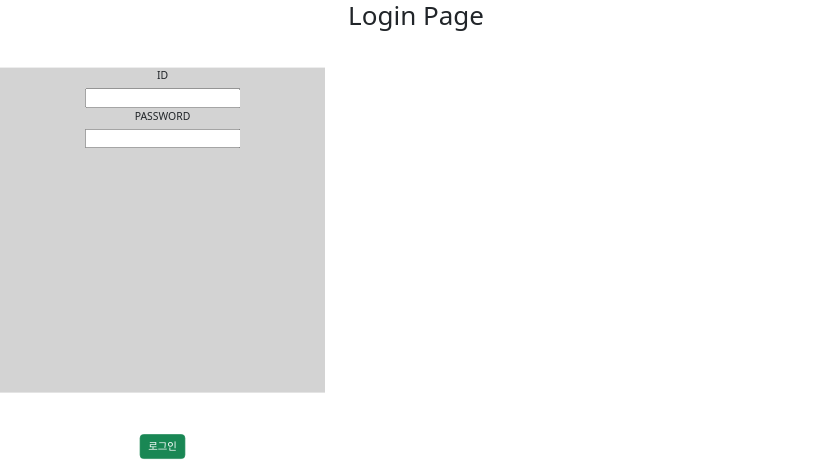
Repository: doridori890130/JSP
Page: http://localhost/jsp_project/mem/login
The author's editor kept a copy of each file at every save. The page is drawn from the files as they stood at one save, then again after the next save.
The browser window is 1280 px wide. The pictures show the whole page, at 65% of full size.
The page is served by Tomcat 9.

Above is the page before, as saved 2023-06-01 03:58:04.

After the next save:
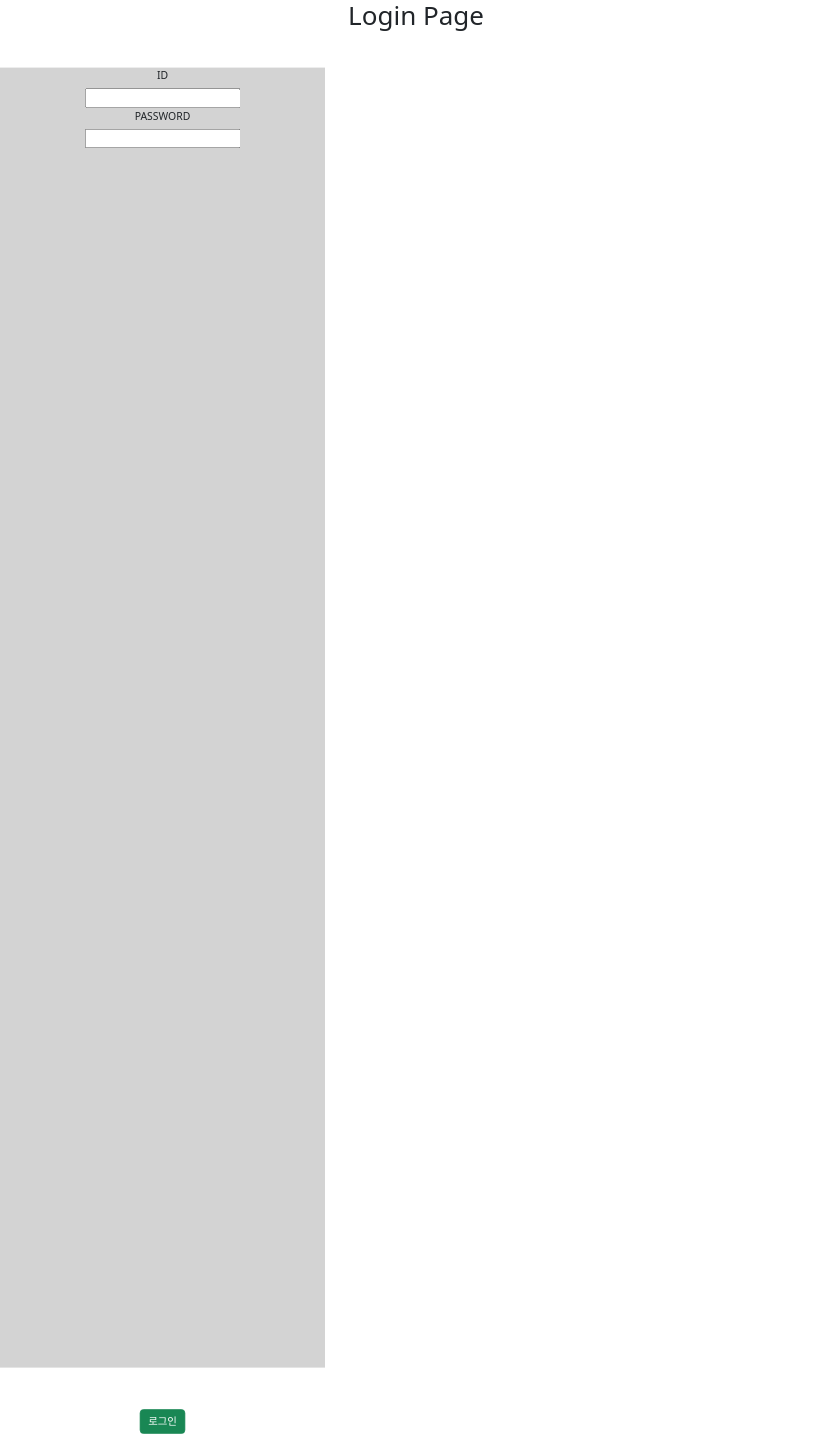
Saved 10 s later.
--- a/jsp_project4/jsp_project/src/main/webapp/member/login.jsp
+++ b/jsp_project4/jsp_project/src/main/webapp/member/login.jsp
@@ -15,7 +15,7 @@
  	text-align: center;
  	background-color: lightgray;
  	width: 500px;
- 	height: 500px;
+ 	height: 2000px;
  }
 </style>
 <title>Insert title here</title>
